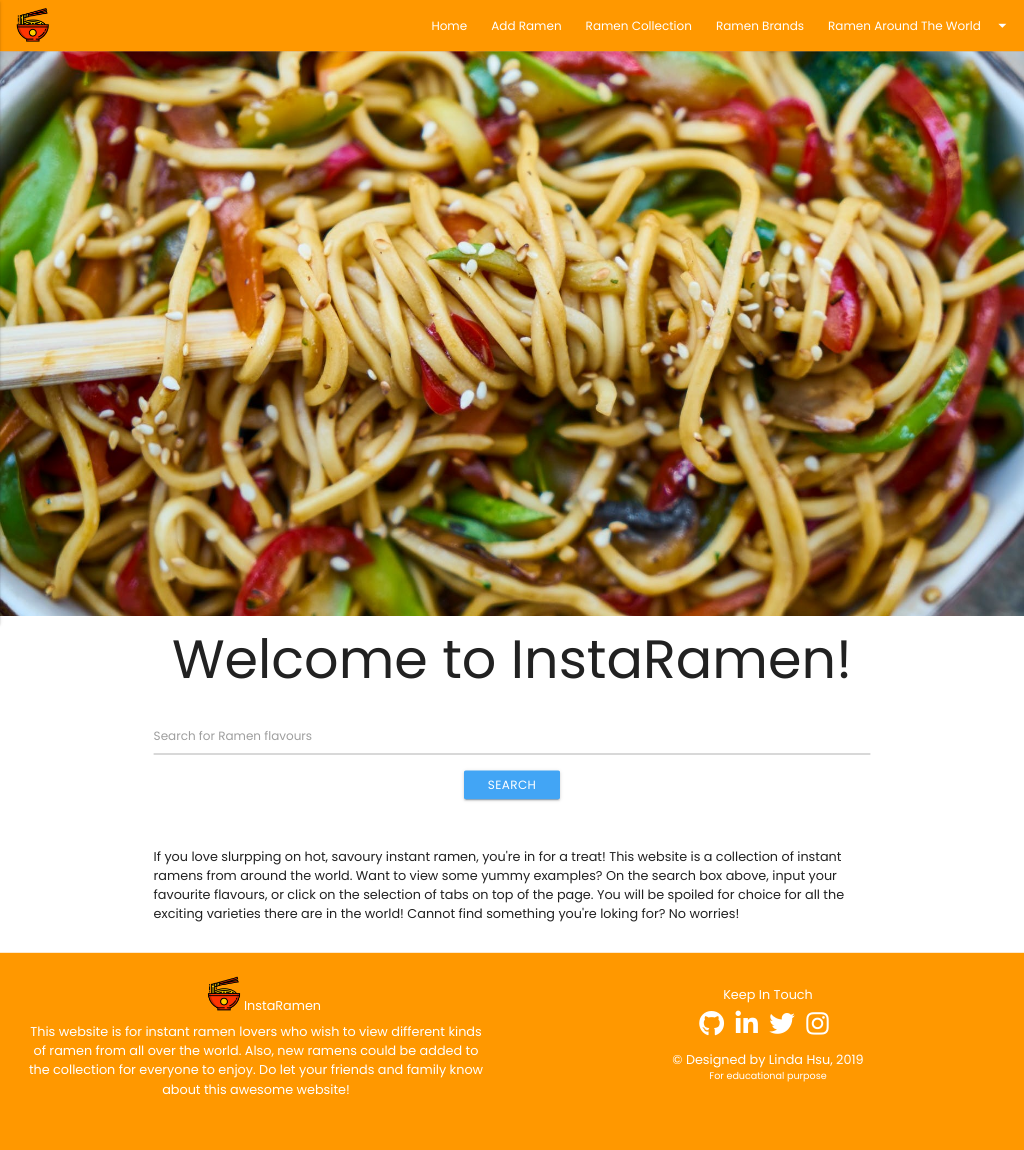
Repository: Paddlepop25/codeinstitute-insta-ramen
Page: http://localhost/
The author's editor kept a record of every edit. The page is drawn from the files as they stood at one moment, then again after the next edit.
The browser window is 1280 px wide. The pictures show the whole page, at 80% of full size.
Some web libraries are served in a nearby version. The page is served by the project's application, run on Flask 3 (app.py). Queries for data that is not in the repository find no rows.

Above is the page before.

### templates/index.html
{% extends 'base.html' %} {% block content %}

<div class="container-fluid">

    <div class="container-fluid">
    <div class="noodle_img_index">
      <img src="/static/images/noodle_index.jpeg" alt="delicious noodle ramen seseme seeds colorful" />
    </div>
  </div>

  <div class="container">
    <div class="row welcome-page">
      <div class="col s12">
        <div class="row">
          <h1>Welcome to InstaRamen!</h1>
        </div>
        <div class="row">
          <form class="col s12" action="{{ url_for('search_ramen') }}">
            <div class="row">
              <div class="input-field col s12">
                <input id="search" name="query" type="text" class="validate">
                <label for="search">Search for Ramen flavours</label>
                <div class="search-button">
                  <button class="btn waves-effect waves-light blue lighten-1" type="submit" name="action">Search</button>
                </div>
              </div>
            </div>
          </form>
        </div>
      </div>
    </div>
  </div>

  <div class="container">
    <p>If you love slurpping on hot, savoury instant ramen, you're in for a treat! This website is a collection of instant ramens from around the world. Want to view some yummy examples? On the search box above, input your favourite flavours, or click on
      the selection of tabs on top of the page. You will be spoiled for choice for all the exciting varieties there are in the world! Cannot find something you're loking for? No worries! </p>
  </div>
  <div class="container">
    <div class="row">
      {% for three_ramen in lastest_three | sort (attribute='_id', reverse = True) %}
      <div class="col s12 m6 l4">
        <div class="card">
          <div class="card-image">
            <img src="./static/images/noodle1.jpg">
            <span class="card-title">Card Title</span>
          </div>
          <div class="card-content">
            <p>Brand: {{three_ramen.Brand}}</p>
            <p>Flavour: {{three_ramen.Flavour}}</p>
            <p>Country of Origin: {{three_ramen.Country}}</p>
            <p>Stars: {{three_ramen.Stars}}</p>
            <p>Ratings: {{three_ramen.Ratings}}</p>
          </div>
          <div class="card-action">
            <a href="{{url_for('display_ramen', ramen_id=three_ramen._id)}}" class="waves-effect waves-light btn">More</a>
          </div>
        </div>
      </div>
      {% endfor %}
    </div>
  </div>

</div>

{% endblock %}

### templates/base.html
<!DOCTYPE html>
<html>

<head>
  <link href="https://fonts.googleapis.com/icon?family=Material+Icons" rel="stylesheet">
  <link rel="stylesheet" href="https://cdnjs.cloudflare.com/ajax/libs/materialize/0.100.2/css/materialize.min.css">
  <link rel="stylesheet" href="https://use.fontawesome.com/releases/v5.8.1/css/all.css" integrity="sha384-50oBUHEmvpQ+1lW4y57PTFmhCaXp0ML5d60M1M7uH2+nqUivzIebhndOJK28anvf" crossorigin="anonymous" />
  <link href="https://fonts.googleapis.com/css?family=Montserrat|Poppins|Roboto&display=swap" rel="stylesheet">
  <link rel="icon" href="{{ url_for('static', filename='images/favicon.ico') }}" type="image/x-icon" />
  <link rel="stylesheet" href="/static/styles/styles.css" type="text/css" />

  <!-- Meta Data -->
  <meta charset="UTF-8">
  <meta name="viewport" content="width=device-width, initial-scale=1, shrink-to-fit=no">
  <meta http-equiv="X-UA-Compatible" content="ie=edge">
  <meta name="description" content="Insta Ramen">
  <meta name="keywords" content="Noodles, Ramen, Instant, Cup, Bowl, Packet">
  <meta name="author" content="Linda Hsu">

  <title>InstaRamen - {{ title }} </title>
</head>

<body>
  <header>
    <nav>
      <div class="nav-wrapper orange">
        <a href="{{url_for('index')}}" class="brand-logo"><img class="ramen_logo" src="{{ url_for('static', filename='images/noodle_icon.png') }}" alt="Ramen noodles with chopsticks logo"/></a>
        <a href="#" data-activates="mobile-demo" class="button-collapse"><i class="material-icons">menu</i></a>
        <ul class="right hide-on-med-and-down">
          <li><a href="{{url_for('index')}}">Home</a></li>
          <li><a href="{{url_for('add_ramen')}}">Add Ramen</a></li>
          <li><a href="{{url_for('get_ramen')}}">Ramen Collection</a></li>
          <li><a href="{{url_for('get_brands')}}">Ramen Brands</a></li>
          <li><a class="dropdown-button" href="#!" data-activates="dropdown1">Ramen Around The World<i class="material-icons right">arrow_drop_down</i></a>
            <ul id="dropdown1" class="dropdown-content">
              <li><a href="{{ url_for('ramen_asia') }}">Asia</a></li>
              <li><a href="{{ url_for('ramen_americas') }}">The Americas</a></li>
              <li><a href="{{ url_for('ramen_europe') }}">Europe</a></li>
              <li><a href="{{ url_for('ramen_rest_world') }}">Rest Of The World</a></li>
            </ul>
          </li>
        </ul>
        <ul class="side-nav" id="mobile-demo">
          <li><a href="{{url_for('index')}}">Home</a></li>
          <li><a href="{{url_for('add_ramen')}}">Add Ramen</a></li>
          <li><a href="{{url_for('get_ramen')}}">Ramen Collection</a></li>
          <li><a href="{{url_for('get_brands')}}">Ramen Brands</a></li>
          <li><a href="{{ url_for('ramen_asia') }}">Ramen from Asia</a></li>
          <li><a href="{{ url_for('ramen_americas') }}">Ramen from The Americas</a></li>
          <li><a href="{{ url_for('ramen_europe') }}">Ramen from Europe</a></li>
          <li><a href="{{ url_for('ramen_rest_world') }}">Ramen from Rest Of The World</a></li>
        </ul>
      </div>
    </nav>
  </header>

  {% block content %} {% endblock %}
    <div class="container-fluid">
  <footer class="page-footer orange">
      <div class="row">
        <div class="col s12 m6 footer-logo">
          <div class="website-info">
            <a href="{{url_for('index')}}" class="brand-logo"><img class="ramen_logo" src="{{ url_for('static', filename='images/noodle_icon.png') }}" alt="Ramen noodles with chopsticks logo"/></a>
            <a href="{{url_for('index')}}" class="white-text">InstaRamen</a>
          </div>
          <p>This website is for instant ramen lovers who wish to view different kinds of ramen from all over the world.
          Also, new ramens could be added to the collection for everyone to enjoy.
          Do let your friends and family know about this awesome website!</p>
        </div>

        <div class="col s12 m6 footer-social">
          <p>Keep In Touch</p>
          <span><a href="https://github.com/Paddlepop25" target="_blank" class="white-text"><i class="fab fa-github fa-2x"></i></a></span>
          <span><a href="https://www.linkedin.com/in/lindahsu007/" target="_blank" class="white-text"><i class="fab fa-linkedin-in fa-2x"></i></a></span>
          <span><a href="https://twitter.com/shecodeshsucode" target="_blank" class="white-text"><i class="fab fa-twitter fa-2x"></i></a></span>
          <span><a href="https://www.instagram.com/shecodeshsucodes/" target="_blank" class="white-text"><i class="fab fa-instagram fa-2x"></i></a></span>
          <p class="design">&copy; Designed by Linda Hsu, 2019</p>
          <small>For educational purpose</small>
        </div>
      </div>
  </footer>
    </div>

  <script src="https://cdnjs.cloudflare.com/ajax/libs/jquery/3.2.1/jquery.min.js"></script>
  <script src="https://cdnjs.cloudflare.com/ajax/libs/materialize/0.100.2/js/materialize.min.js"></script>
  <!--<script type="text/javascript" src="./static/scripts/app.js"></script>-->
  <script type="text/javascript">
    $(document).ready(function() {
      $(".button-collapse").sideNav();
      $('select').material_select();
      $(".dropdown-button").dropdown();
    });
  </script>
</body>

</html>

### app.py
import os
from flask import Flask, render_template, redirect, request, url_for
from flask_pymongo import PyMongo, DESCENDING
from bson.objectid import ObjectId
import re
import math

app = Flask(__name__)

app.config['MONGO_DBNAME'] = 'ramen_database'
app.config["MONGO_URI"] = os.environ.get("MONGO_URI")

mongo = PyMongo(app)

@app.route('/')
def index():
    lastest_three=mongo.db.ramens.find().sort([("_id", DESCENDING)]).limit(3)
    return render_template('index.html', title="Home", lastest_three=lastest_three)

@app.route('/display_ramen/<ramen_id>', methods=['GET'])
def display_ramen(ramen_id):
    ramen = mongo.db.ramens.find_one({"_id": ObjectId(ramen_id)})
    return render_template('display_ramen.html', title="Display Ramen", ramen=ramen)

@app.route('/get_ramen')
def get_ramen():
    ramens=mongo.db.ramens.find().sort([("_id", DESCENDING)])
    return render_template('ramen_collection.html', title="Ramen Collection", ramens=ramens)

@app.route('/ramen_asia')
def ramen_asia():
    ramens=mongo.db.ramens.find({'Continent': 'Asia'})
    return render_template('ramen_asia.html', title="Asian", ramens=ramens)

@app.route('/ramen_europe')
def ramen_europe():
    ramens=mongo.db.ramens.find({'Continent': 'Europe'})
    return render_template('ramen_europe.html', title="Europe", ramens=ramens)

@app.route('/ramen_americas')
def ramen_americas():
    ramens=mongo.db.ramens.find({'Continent': 'The Americas'})
    return render_template('ramen_americas.html', title="Europe", ramens=ramens)

@app.route('/ramen_rest_world')
def ramen_rest_world():
    ramens=mongo.db.ramens.find({'Continent': 'The Rest'})
    return render_template('ramen_rest_world.html', title="Rest Of The World", ramens=ramens)

@app.route('/ramen_world')
def ramen_world():
    ramens=mongo.db.ramens.find(
        {'$or':
            [{'Continent': 'Asia'},{'Continent': "Europe"},{'Continent': "The Americas"},{'Continent': "The Rest"}]
        }
        )
    return render_template('ramen_world.html', title="Rest Of The World", ramens=ramens)

@app.route('/search_ramen')
def search_ramen():
    orig_query = request.args['query']
    query = {'$regex': re.compile('.*{}.*'.format(orig_query)), '$options': 'i'}
    print(query)
    results=mongo.db.ramens.find({'Flavour': query})

    ramen = []
    for result in results:
        ramen.append(result)

    return render_template('ramen_search.html', title="Search Results", query=orig_query, ramen_search=ramen)

@app.route('/add_ramen')
def add_ramen():
    brands = mongo.db.brands.find()
    countries=mongo.db.countries.find()
    return render_template('add_ramen.html', title="Add a Ramen", countries=countries, brands=brands)

@app.route('/insert_ramen', methods=['POST'])
def insert_ramen():
    ramens = mongo.db.ramens
    new_ramen = {
        'Brand': request.form.get('Brand'),
        'Flavour':request.form.get('Flavour'),
        'Style': request.form.get('Style'),
        'Country':request.form.get('Country'),
        'Stars':int(request.form.get('Stars')),
        'Ratings':request.form.get('Ratings')
    }
    ramens.insert_one(new_ramen)
    return redirect(url_for('get_ramen'))

@app.route('/edit_ramen/<ramen_id>', methods=['GET'])
def edit_ramen(ramen_id):
    ramen = mongo.db.ramens.find_one({"_id": ObjectId(ramen_id)})
    brands = mongo.db.brands.find()
    countries = mongo.db.countries.find()
    return render_template('edit_ramen.html', title="Edit Ramen", ramen=ramen, brands=brands, countries=countries)

@app.route('/update_ramen/<ramen_id>', methods=["POST"])
def update_ramen(ramen_id):
    ramen = mongo.db.ramens
    ramen.update( {'_id': ObjectId(ramen_id)},
    {
        'Brand': request.form.get('Brand'),
        'Flavour':request.form.get('Flavour'),
        'Style': request.form.get('Style'),
        'Country':request.form.get('Country'),
        'Stars':int(request.form.get('Stars')),
        'Ratings':request.form.get('Ratings')
    })
    return redirect(url_for('get_ramen'))

@app.route('/delete_ramen/<ramen_id>')
def delete_ramen(ramen_id):
    mongo.db.ramens.remove({'_id': ObjectId(ramen_id)})
    return redirect(url_for('get_ramen'))

@app.route('/get_brands')
def get_brands():
    brands = mongo.db.brands.find()
    return render_template('brands.html', title="Ramen Brands", brands=brands)

@app.route('/add_brands')
def add_brands():
    brands = mongo.db.brands.find()
    add_a_brand = mongo.db.ramens.find()
    return render_template('add_brands.html', title="Add a Brand", add_a_brand=add_a_brand, brands=brands)

@app.route('/insert_brand', methods=['POST'])
def insert_brand():
    brand = mongo.db.brands
    query = request.form.get('Brand').lower()
    find_brand = mongo.db.brands.find_one({'Brand': query})
    if find_brand is None:
        new_brand = {
            'Brand': request.form.get('Brand').lower()
        }
        brand.insert_one(new_brand)
    return redirect(url_for('add_ramen'))

@app.errorhandler(404)
def error_404(not_found):
    return render_template('error404.html', title="Error 404", not_found=not_found)

if __name__ == '__main__':
    app.run(host=os.environ.get('IP'),
            port=int(os.environ.get('PORT')),
            debug=True)

### static/styles/styles.css
body {
    font-size: 16px;
    font-family: 'Poppins', cursive;
}

.noodle_img_index img {
    width: 100vw;
}

.welcome-page {
    text-align: center;
}

.welcome-page h1 {
    font-size: 2rem;
    margin-top: 10px;
    margin-bottom: 0;
}

.welcome-message {
    position: relative;
    top: -68px;
}

.search-section {
    position: relative;
    top: -35px;
}

.ramen_logo {
    width: 2.8rem;
    margin-left: 20px;
    margin-top: 10px;
}

.index-page .card .card-content {
    overflow: scroll;
    min-height: 100px;
}


.ramen_form {
    border: 2px solid black;
    border-radius: 25px;
    box-shadow: 2px 2px 8px grey;
    margin: 100px auto;
    padding: 20px;
}

.card .card-content {
    overflow: scroll;
    min-height: 200px;
}

/*Footer*/

.page-footer {
    padding-bottom: 20px;
}

.footer-logo {
    text-align: center;
}

.footer-logo p {
    position: relative;
    top: -8px;
    padding: 0px 18px;
}

.footer-logo small {
    position: relative;
    top: -25px;
}

.footer-social {
    text-align: center;
}

.footer-social p:first-child {
    margin-top: 0;
    margin-bottom: 7px;
}

.footer-social span {
    margin-right: 10px;
}

.design {
    margin-top: 15px;
    margin-bottom: 0;
}

.footer-social small {
    position: relative;
    top: -5px;
}


@media (min-width: 601px) {
    .welcome-page h1 {
        font-size: 3rem;
    }

    .footer-social {
        position: relative;
        top: 4.5vh;
    }
}

@media (min-width: 993px) {
    .welcome-page h1 {
        font-size: 3.9rem;
    }
}

@media (min-width: 1200px) {
    .welcome-page h1 {
        font-size: 4.5rem;
    }
}


@media (min-width: 1022px) {
    .footer-social {
        position: relative;
        top: 3vh;
    }
}

@media (min-width: 1450px) {
    .footer-social {
        position: relative;
        top: 1.5vh;
    }
}

After the next edit:
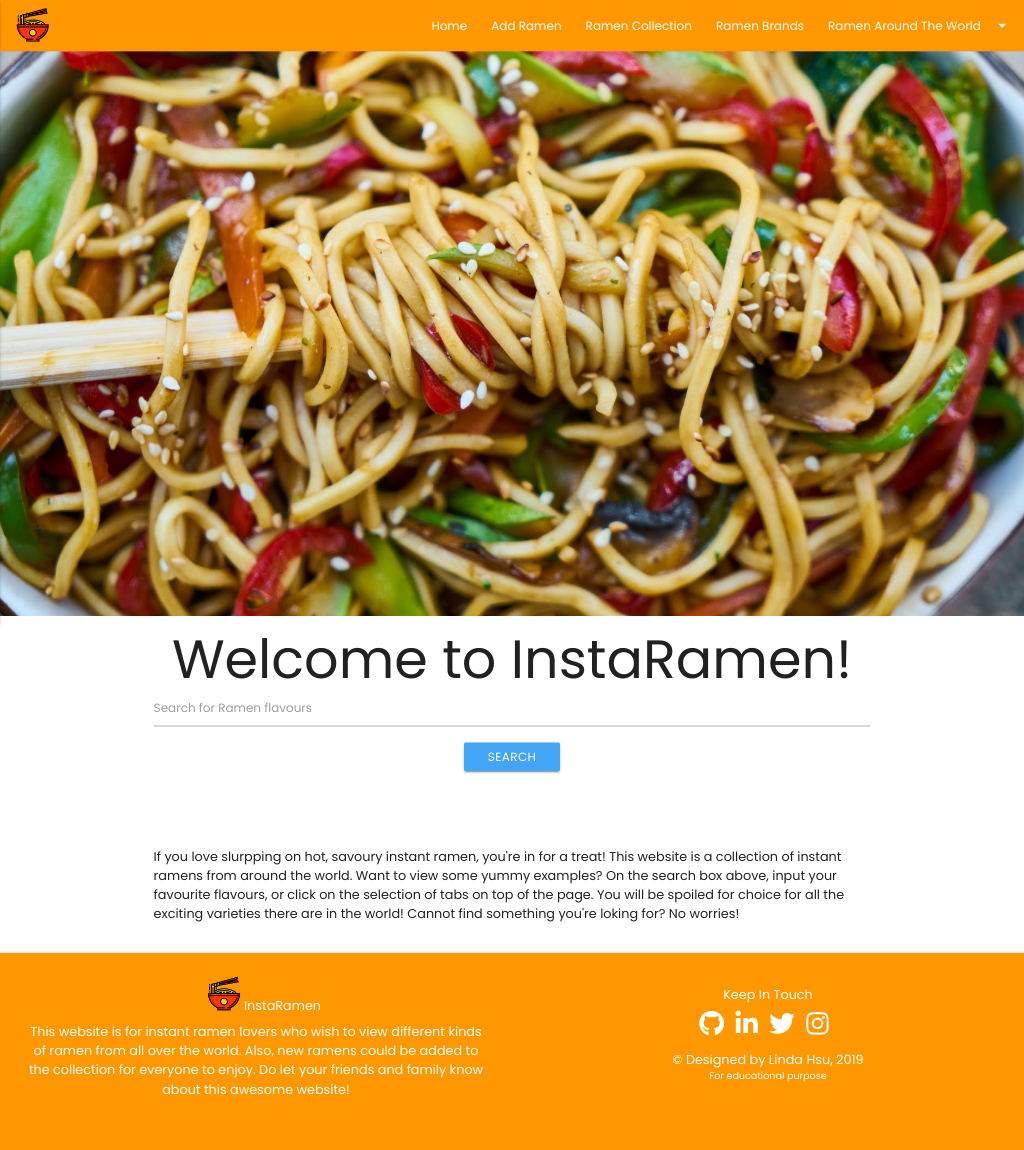
The edit:
--- a/templates/index.html
+++ b/templates/index.html
@@ -14,7 +14,7 @@
         <div class="row">
           <h1>Welcome to InstaRamen!</h1>
         </div>
-        <div class="row">
+        <div class="row search-section">
           <form class="col s12" action="{{ url_for('search_ramen') }}">
             <div class="row">
               <div class="input-field col s12">
